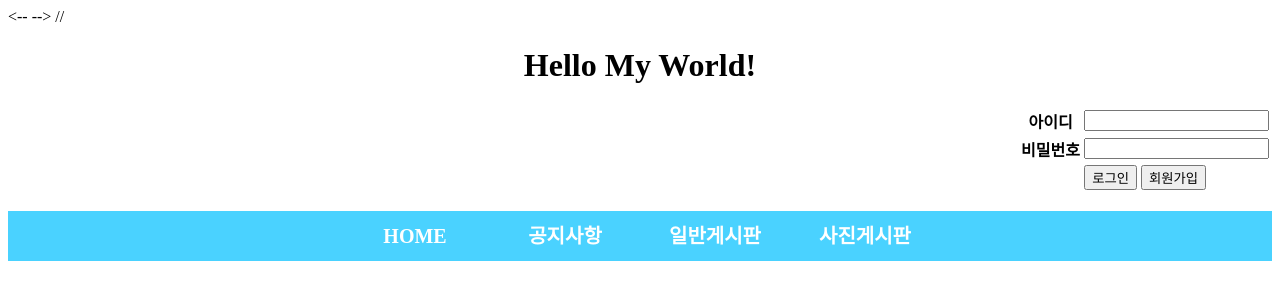
Repository: hailey-516/servlet
Page: http://localhost/jsProject/
These files come from the project's save history. The page is drawn as it stood at one moment and after a run of saves; the edit follows.
The browser window is 1280 px wide. The pictures show the whole page.
The page is served by Tomcat 9. Other server files are loaded and not shown.

Above is the page before, as saved 2024-08-29 00:06:38.
Console error: SyntaxError: Function statements require a function name

### jsProject/src/main/webapp/index.jsp
<%@ page language="java" contentType="text/html; charset=UTF-8"
    pageEncoding="UTF-8"%>
<!DOCTYPE html>
<html>
<head>
<meta charset="UTF-8">
<title>Hello</title>
</head>
<body>
	<%--
		* 회원서비스
					| C (insert)	| R (select)	| U (update)	| D (Delete)
		============================================================================
		  로그인      |               |      O        |               |
		  회원가입     |      O        |               |               |
		  마이페이지    |               |      O        |               |
		  정보수정     |               |               |      O        |
		  회원탈퇴     |               |               |      O        |      -
		[아이디중복체크] |               |      O        |               |
		============================================================================
	 --%>

	 <-- <% com.kh.common.JDBCTemplate.getConnection(); %> -->

	 // <%@ include file="views/common/menubar.jsp" %>

</body>
</html>

### jsProject/src/main/webapp/views/common/menubar.jsp
<%@ page language="java" contentType="text/html; charset=UTF-8"
    pageEncoding="UTF-8"%>
<%@ taglib prefix="c" uri="http://java.sun.com/jsp/jstl/core"%>
<!DOCTYPE html>
<html>
<head>
<meta charset="UTF-8">
<title>Insert title here</title>
<style>

    .login-area > * { float: right;}

    .login-area a { text-decoration: none; color: black; font-size: 12px; }

    .nav-area { background-color: rgb(74, 210, 255); }
    .menu { display: table-cell; width: 150px; height: 50px; }
    .menu a {
        text-decoration: none;
        color: white;
        font-size: 20px;
        font-weight: 900;
        display: inline-block;
        width: 100%;
        height: 100%;
        line-height: 50px;
    }
    .menu a:hover { background-color: orange; color: black; }

</style>
</head>
<body>
<%
	String contextPath = request.getContextPath();
%>
	<h1 align="center">Hello My World!</h1>

    <div class="login-area">

		<c:choose>

			<c:when test="${ empty loginUser }">
	        	<!-- 로그인 전 -->
		        <form action="<%= contextPath %>/login.me" method="post">

		            <!-- table>(tr>th+td)*2+tr>th -->
		            <table>
		                <tr>
		                    <th>아이디</th>
		                    <td>
		                        <input type="text" name="userId" required>
		                    </td>
		                </tr>
		                <tr>
		                    <th>비밀번호</th>
		                    <td>
		                        <input type="password" name="userPwd" required>
		                    </td>
		                </tr>
		                <tr>
		                    <th colspan="2">
		                        <button type="submit">로그인</button>
		                        <button type="button" onclick="enrollPage();">회원가입</button>
		                    </th>
		                </tr>
		            </table>
		            <script>
		                // 회원가입 페이지 요청
		                function() enrollPage() {

		                }
		            </script>
		        </form>

	        </c:when>
        <c:otherwise>
        <!-- 로그인 후 -->
        <div>
            <b>XXX</b>님의 방문을 환영합니다 ^^ <br><br>

            <div align="center">
                <a href="#">마이페이지</a>
                <a href="#">로그아웃</a>
            </div>
        </div>
		</c:otherwise>
		</c:choose>
    </div>

    <br clear="both">
    <br>

    <!-- .nav-area>.menu*4 -->
    <div class="nav-area" align="center">
        <div class="menu"><a href="#">HOME</a></div>
        <div class="menu"><a href="#">공지사항</a></div>
        <div class="menu"><a href="#">일반게시판</a></div>
        <div class="menu"><a href="#">사진게시판</a></div>
    </div>
</body>
</html>

### jsProject/src/main/java/com/kh/common/JDBCTemplate.java
package com.kh.common;

import java.io.FileInputStream;
import java.io.FileNotFoundException;
import java.io.IOException;
import java.sql.Connection;
import java.sql.DriverManager;
import java.sql.ResultSet;
import java.sql.SQLException;
import java.sql.Statement;
import java.util.Properties;

public class JDBCTemplate {

	/**
	 * Connection 객체 생성 후 반환해주는 메소드
	 */
	public static Connection getConnection() {
		Connection conn = null;
		Properties prop = new Properties();		// DB접속 관련 설정을 저장하기 위한 객체

		// classes 폴더 내의 driver.properties 파일의 물리적인 경로 조회
		String filepath = JDBCTemplate.class.getResource("/db/driver/driver.properties").getPath();
		// System.out.println(filepath);

		try {
			prop.load(new FileInputStream(filepath));

			// jdbc driver 등록
			// Class.forName("oracle.jdbc.driver.OracleDriver");
			Class.forName(prop.getProperty("driver"));

			// Connection 객체 생성
//			conn = DriverManager.getConnection("jdbc:oracle:thin:@localhost:1521:xe"
//												, "C##SERVER"
//												, "SERVER");
//
			conn = DriverManager.getConnection(prop.getProperty("url")
											, prop.getProperty("username")
											, prop.getProperty("password"));

		} catch (ClassNotFoundException e) {
			e.printStackTrace();
		} catch (SQLException e) {
			e.printStackTrace();
		} catch (FileNotFoundException e) {
			e.printStackTrace();
		} catch (IOException e) {
			e.printStackTrace();
		}
		// System.out.println("--- 오류 없이 끝! ---");

		return conn;
	}

	/**
	 * Connection 객체를 전달받아서 commit 처리하는 메소드
	 */
	public static void commit(Connection conn) {
		try {
			if(conn != null && !conn.isClosed())
				conn.commit();

		} catch (SQLException e) {
			e.printStackTrace();
		}
	}

	/**
	 * Connection 객체를 전달받아서 rollback 처리하는 메소드
	 */
	public static void rollback(Connection conn) {
		try {
			if(conn != null && !conn.isClosed()) {
				conn.rollback();
			}
		} catch (SQLException e) {
			e.printStackTrace();
		}
	}

	/**
	 * Connection 객체를 전달받아서 close 해주는 메소드
	 */
	public static void close(Connection conn) {
		try {
			if(conn != null && !conn.isClosed()) {
				conn.close();
			}
		} catch (SQLException e) {
			e.printStackTrace();
		}
	}

	/**
	 * Statement 객체를 전달받아서 close 해주는 메소드
	 */
	public static void close(Statement stmt) {
		try {
			if(stmt != null && !stmt.isClosed())
				stmt.close();
		} catch (SQLException e) {
			e.printStackTrace();
		}
	}

	/**
	 * ResultSet 객체를 전달받아서 close 해주는 메소드
	 */
	public static void close(ResultSet rset) {
		try {
			if(rset != null && !rset.isClosed())
				rset.close();
		} catch (SQLException e) {
			e.printStackTrace();
		}
	}
}

After the next 2 saves:
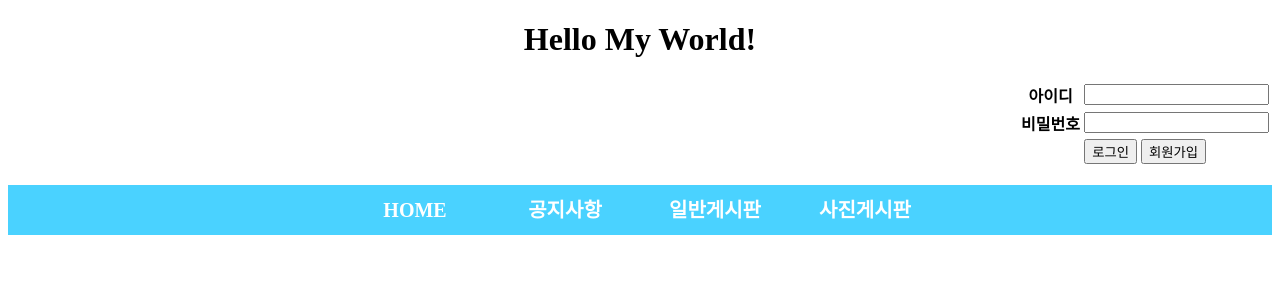
The 2 saves are shown as one change because they came seconds apart.
The last was saved 2 min 39 s later.
--- a/jsProject/src/main/webapp/index.jsp
+++ b/jsProject/src/main/webapp/index.jsp
@@ -20,9 +20,9 @@
 		============================================================================
 	 --%>
 
-	 <-- <% com.kh.common.JDBCTemplate.getConnection(); %> -->
+	 <!-- <% com.kh.common.JDBCTemplate.getConnection(); %> -->
 
-	 // <%@ include file="views/common/menubar.jsp" %>
+	  <%@ include file="views/common/menubar.jsp" %>
 
 </body>
 </html>
